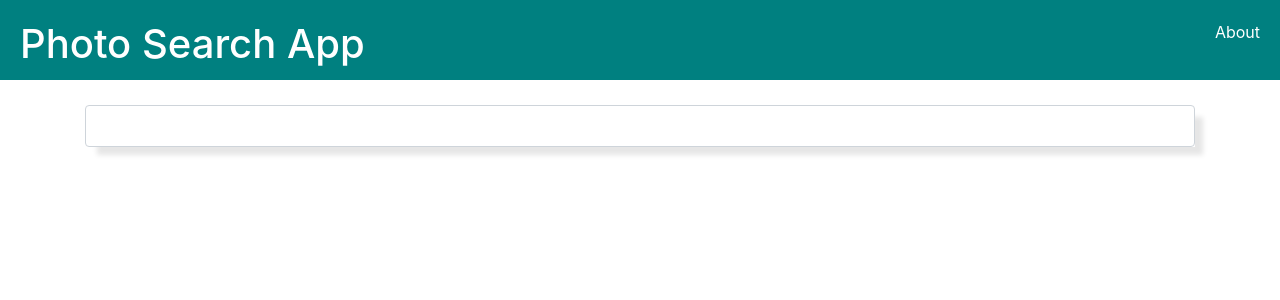
Repository: lamilekan263/photoapp
Page: /
An editor plug-in stored every save of this project. The page is shown before and after a run of saves, followed by the edit.
The browser window is 1280 px wide. The pictures show the whole page.
The project was rebuilt for these pictures with package versions that can differ from the ones it lists, and the page was loaded fresh each time. Also part of the build but not shown: src/components/ImageCard/ImageCard.scss, src/components/ImageCard/ImageCard.js, src/components/imageList/imageList.scss, src/components/imageList/imageList.js.

Above is the page before, as saved 2020-08-26 12:14:19.

After the next 2 saves:
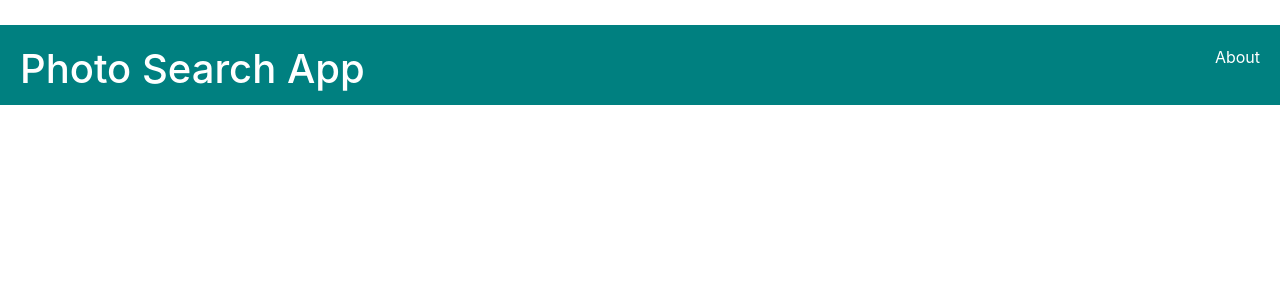
The 2 saves are shown as one change because they came seconds apart.
The last was saved 10 s later.
--- a/src/components/Header/Header.scss
+++ b/src/components/Header/Header.scss
@@ -8,7 +8,7 @@
     display:flex;
     flex-direction:row;
     justify-content:space-between;
-
+    position: fixed;
 
     .brand{
         p{

After the 2 saves that followed:
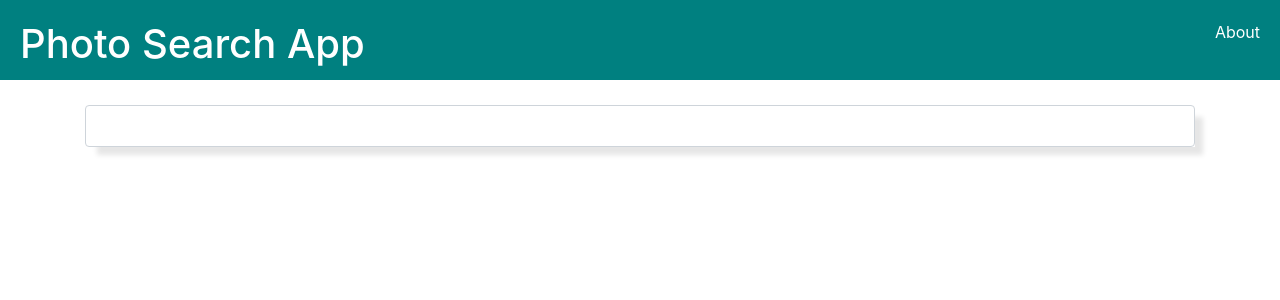
The 2 saves are shown as one change because 1 left the picture as it was.
The last was saved 49 s later.
--- a/src/components/Header/Header.scss
+++ b/src/components/Header/Header.scss
@@ -8,7 +8,6 @@
     display:flex;
     flex-direction:row;
     justify-content:space-between;
-    position: fixed;
 
     .brand{
         p{
